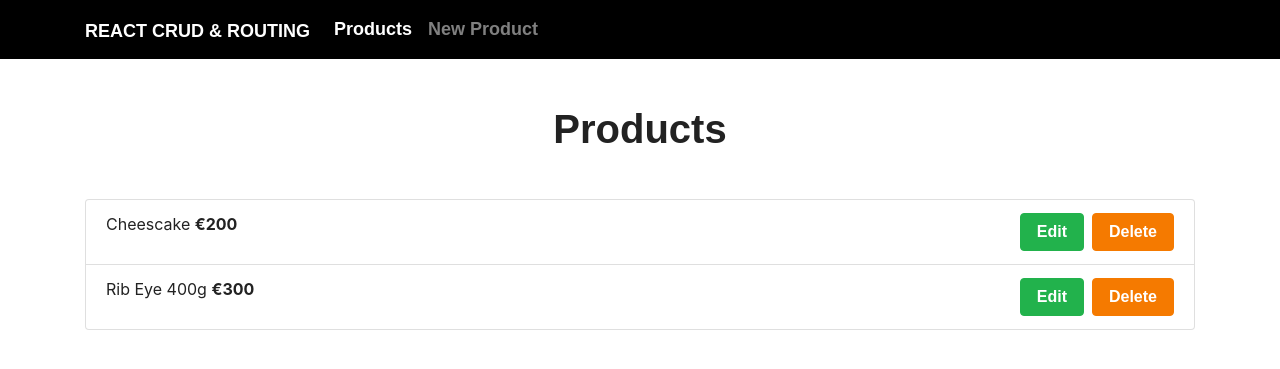
Repository: ppfeliuu/routercrudreact
Page: /products
These files come from the project's save history. The page is drawn as it stood at one moment and after the next save; the edit follows.
The browser window is 1280 px wide. The pictures show the whole page.
Some web fonts or font styles are not loaded; a fallback is used. The project was rebuilt for these pictures with package versions that can differ from the ones it lists, and the page was loaded fresh each time. Requests to the local data server were answered from the project's data file. Also part of the build but not shown: src/components/Producto.js, src/components/EditarProducto.js, src/components/AgregarProducto.js.

Above is the page before, as saved 2019-06-26 11:05:01.

After the next save:
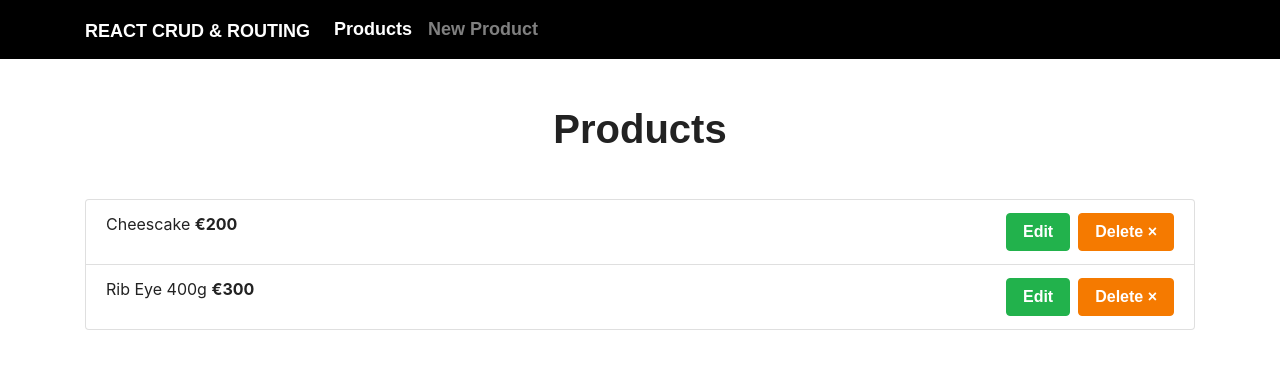
Saved 14 s later.
--- a/src/components/ProductoLista.js
+++ b/src/components/ProductoLista.js
@@ -16,7 +16,7 @@ function ProductoLista({producto}) {
             <div>
                 <Link to={`/products/edit/${producto.id}`} className="btn btn-success mr-2">Edit</Link>
 
-                <button type="button" className="btn btn-danger" onClick={() => eliminarProducto(producto.id)}>Delete</button>
+                <button type="button" className="btn btn-danger" onClick={() => eliminarProducto(producto.id)}>Delete &times;</button>
             </div>
         </li>
     )
